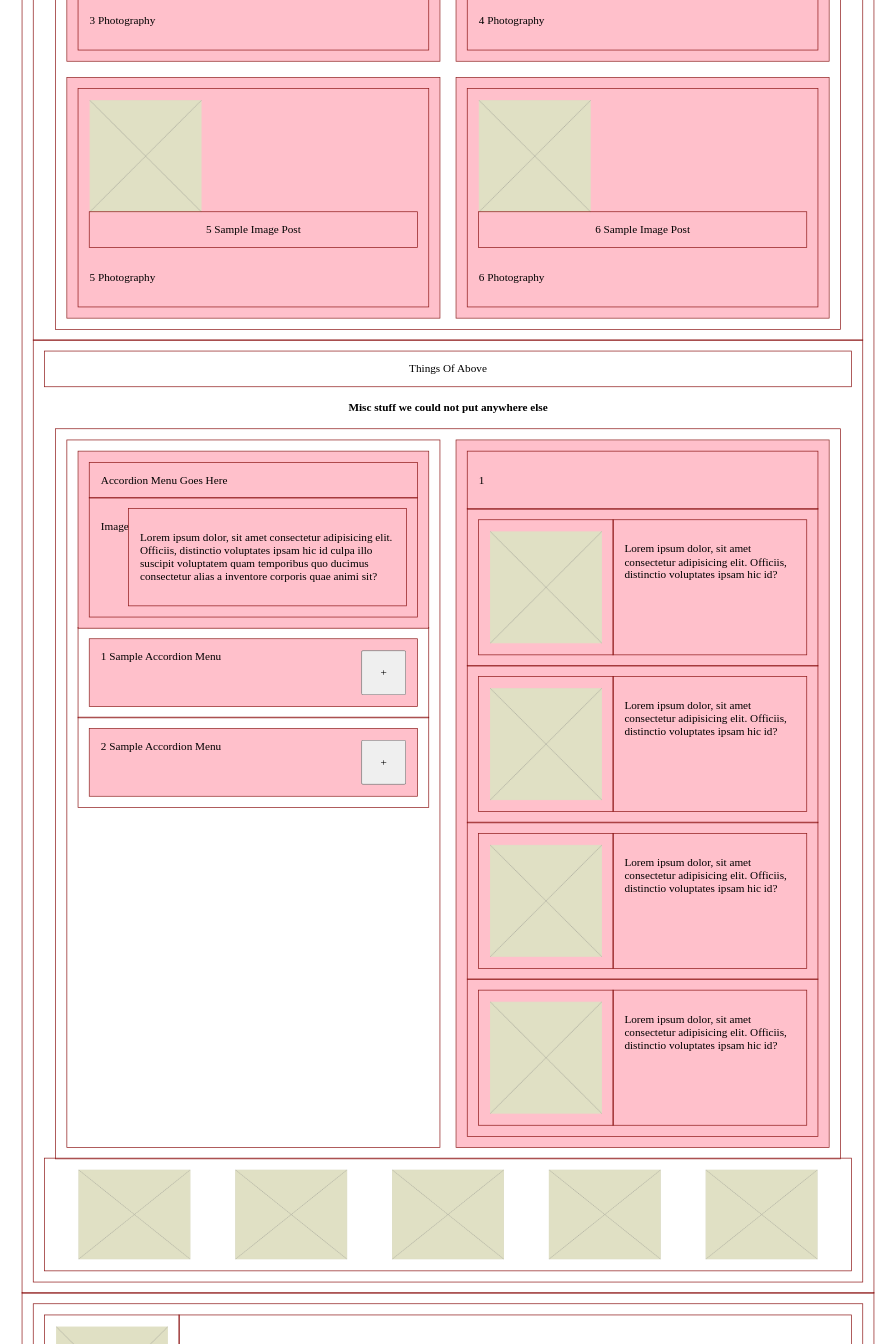
Repository: kionale/Project1_Lab3_ResponsiveLayout
Page: index.html
The author's editor kept a copy of each file at every save. The page is drawn from the files as they stood at one save, then again after a run of saves.
The browser window is 1280 px wide. The pictures show the part of the page from y = 3290 to 5210 px (the page is 6789 px tall), at 70% of full size.

Above is the page before, as saved 2023-01-31 17:09:51.

After the next 2 saves:
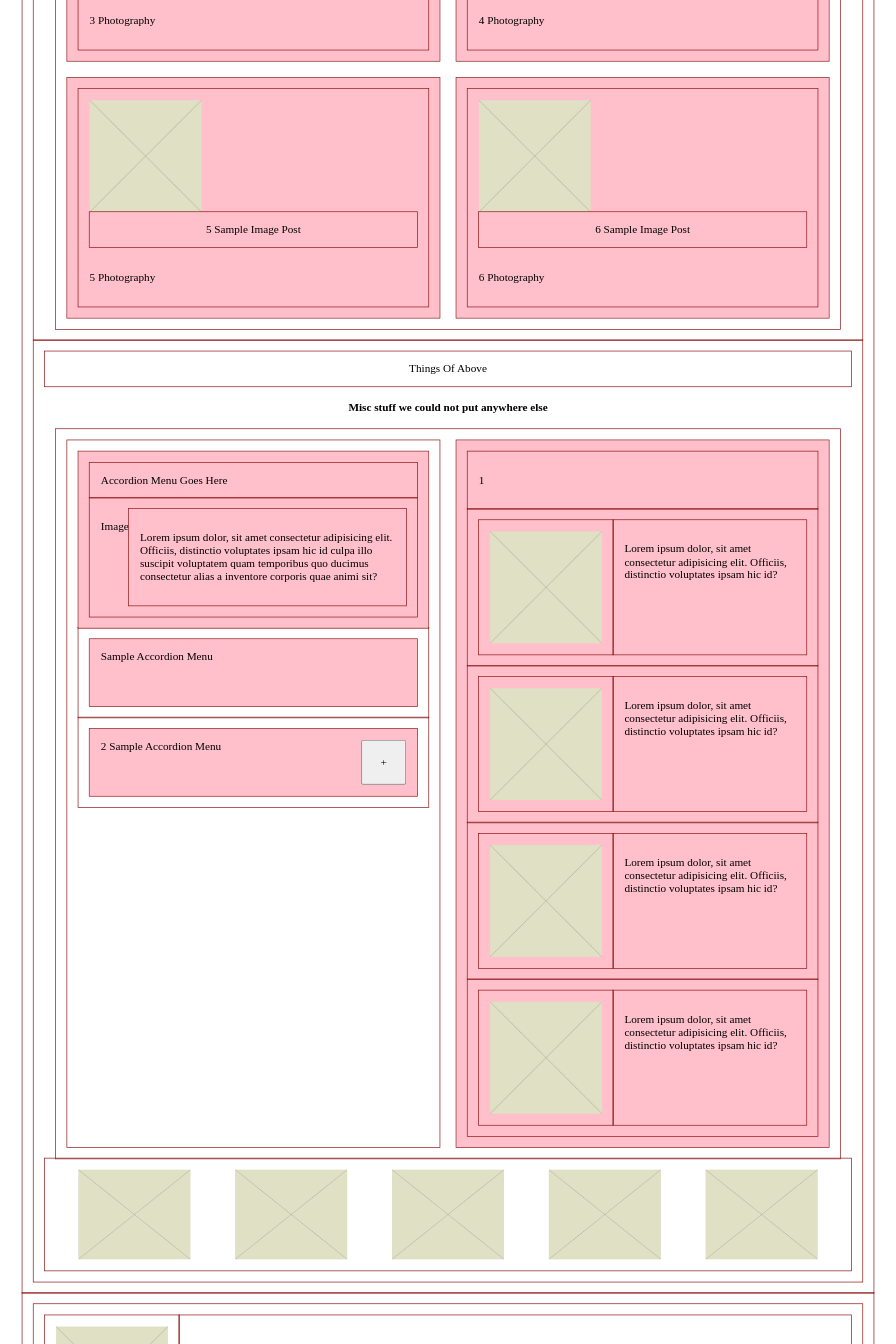
The 2 saves are shown as one change because they came seconds apart.
The last was saved 27 s later.
--- a/index.html
+++ b/index.html
@@ -214,8 +214,7 @@
             </div>
           </div>
           <div class="menu__button">
-            <div class="col_two sample__menu things__above__image">1 Sample Accordion Menu
-              <button>+</button>
+            <div class="col_two sample__menu things__above__image">Sample Accordion Menu
             </div>
           </div>
           <div class="menu__button">
